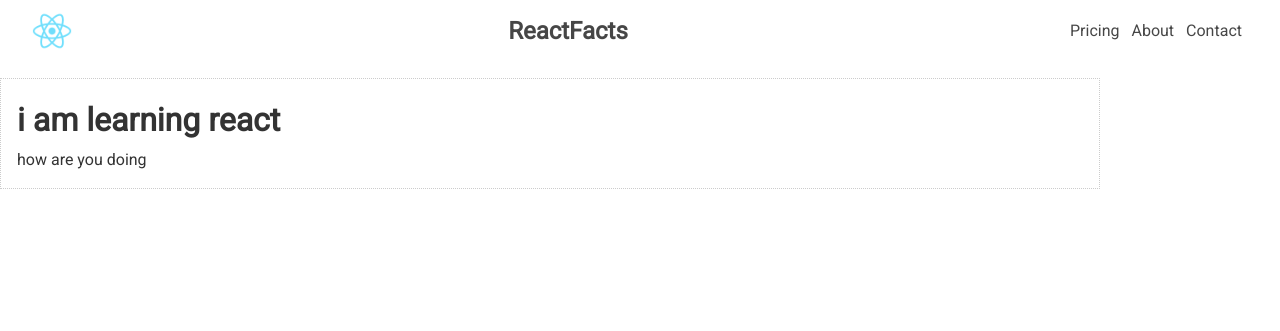
Repository: Richswag009/my-travel-journal
Page: /
The author's editor kept a copy of each file at every save. The page is drawn from the files as they stood at one save, then again after the next save.
The browser window is 1280 px wide. The pictures show the whole page.
The project was rebuilt for these pictures with package versions that can differ from the ones it lists, and the page was loaded fresh each time.

Above is the page before, as saved 2022-06-14 18:04:37.

### public/index.html
<!DOCTYPE html>
<html lang="en">
  <head>
    <meta charset="utf-8" />
    <link rel="icon" href="%PUBLIC_URL%/favicon.ico" />
    <meta name="viewport" content="width=device-width, initial-scale=1" />
    <meta name="theme-color" content="#000000" />
    <meta name="description"content="Web site created using create-react-app"/>
    <link rel="apple-touch-icon" href="%PUBLIC_URL%/logo192.png" />
    <link rel="manifest" href="%PUBLIC_URL%/manifest.json" />
    <title>React Fact</title>
  </head>
  <body>
    <noscript>You need to enable JavaScript to run this app.</noscript>
    <div id="root"></div>

  </body>
</html>

### src/App.js

import React,{Component} from 'react';
import './App.css';
import Maincontent from './component/maincontent/Maincontent';
import Navbar from './component/layout/Navbar';
// import Users from './component/users/Users';
class App extends Component{
  render(){

    return (
      <div className="App">
       <Navbar/>
       <Maincontent/>
        </div>
    );
  }
}

export default App;

### src/App.css
@import url('https://fonts.googleapis.com/css?family=Roboto');

/* Global Styles */
:root {
  --primary-color: #dc3545;
  --dark-color: #333333;
  --light-color: #f4f4f4;
  --danger-color: #dc3545;
  --success-color: #28a745;
}

* {
  box-sizing: border-box;
  margin: 0;
  padding: 0;
}

body {
  font-family: 'Roboto', sans-serif;
  font-size: 1rem;
  line-height: 1.6;
  background-color: #fff;
  color: #333;
}

a {
  color: var(--primary-color);
  text-decoration: none;
}

a:hover {
  color: #666;
}

ul {
  list-style: none;
}

img {
  width: 100%;
}

/* Utilities */
.container {
  max-width: 1100px;
  margin: auto;
  overflow: hidden;
  padding: 0 2rem;
}

/* Text Styles*/
.x-large {
  font-size: 4rem;
  line-height: 1.2;
  margin-bottom: 1rem;
}

.large {
  font-size: 3rem;
  line-height: 1.2;
  margin-bottom: 1rem;
}

.lead {
  font-size: 1.5rem;
  margin-bottom: 1rem;
}

.text-center {
  text-align: center;
}

.text-primary {
  color: var(--primary-color);
}

.text-dark {
  color: var(--dark-color);
}

.text-success {
  color: var(--success-color);
}

.text-danger {
  color: var(--danger-color);
}

.text-center {
  text-align: center;
}

.text-right {
  text-align: right;
}

.text-left {
  text-align: left;
}

/* Center All */
.all-center {
  display: flex;
  flex-direction: column;
  width: 100%;
  margin: auto;
  justify-content: center;
  align-items: center;
  text-align: center;
}

/* Cards */
.card {
  padding: 1rem;
  border: #ccc 1px dotted;
  margin: 0.7rem 0;
}

/* List */
.list {
  margin: 0.5rem 0;
}

.list li {
  padding-bottom: 0.3rem;
}

/* Padding */
.p {
  padding: 0.5rem;
}
.p-1 {
  padding: 1rem;
}
.p-2 {
  padding: 2rem;
}
.p-3 {
  padding: 3rem;
}
.py {
  padding: 0.5rem 0;
}
.py-1 {
  padding: 1rem 0;
}
.py-2 {
  padding: 2rem 0;
}
.py-3 {
  padding: 3rem 0;
}

/* Margin */
.m {
  margin: 0.5rem;
}
.m-1 {
  margin: 1rem;
}
.m-2 {
  margin: 2rem;
}
.m-3 {
  margin: 3rem;
}
.my {
  margin: 0.5rem 0;
}
.my-1 {
  margin: 1rem 0;
}
.my-2 {
  margin: 2rem 0;
}
.my-3 {
  margin: 3rem 0;
}

/* Grid */
.grid-2 {
  display: grid;
  grid-template-columns: repeat(2, 1fr);
  grid-gap: 1rem;
}

.grid-3 {
  display: grid;
  grid-template-columns: repeat(3, 1fr);
  grid-gap: 1rem;
}

.grid-4 {
  display: grid;
  grid-template-columns: repeat(4, 1fr);
  grid-gap: 1rem;
}

.btn {
  display: inline-block;
  background: var(--light-color);
  color: #333;
  padding: 0.4rem 1.3rem;
  font-size: 1rem;
  border: none;
  cursor: pointer;
  margin-right: 0.5rem;
  transition: opacity 0.2s ease-in;
  outline: none;
}

.btn-link {
  background: none;
  padding: 0;
  margin: 0;
}

.btn-block {
  display: block;
  width: 100%;
}

.btn-sm {
  font-size: 0.8rem;
  padding: 0.3rem 1rem;
  margin-right: 0.2rem;
}

.badge {
  display: inline-block;
  font-size: 0.8rem;
  padding: 0.2rem 0.7rem;
  text-align: center;
  margin: 0.3rem;
  background: var(--light-color);
  color: #333;
  border-radius: 5px;
}

.alert {
  padding: 0.7rem;
  margin: 1rem 0;
  opacity: 0.9;
  background: var(--light-color);
  color: #333;
}

.btn-primary,
.bg-primary,
.badge-primary,
.alert-primary {
  background: var(--primary-color);
  color: #fff;
}

.btn-light,
.bg-light,
.badge-light,
.alert-light {
  background: var(--light-color);
  color: #333;
}

.btn-dark,
.bg-dark,
.badge-dark,
.alert-dark {
  background: var(--dark-color);
  color: #fff;
}

.btn-danger,
.bg-danger,
.badge-danger,
.alert-danger {
  background: var(--danger-color);
  color: #fff;
}

.btn-success,
.bg-success,
.badge-success,
.alert-success {
  background: var(--success-color);
  color: #fff;
}

.btn-white,
.bg-white,
.badge-white,
.alert-white {
  background: #fff;
  color: #333;
  border: #ccc solid 1px;
}

.btn:hover {
  opacity: 0.8;
}

.bg-light,
.badge-light {
  border: #ccc solid 1px;
}

.round-img {
  border-radius: 50%;
}

/* Forms */
input {
  margin: 1.2rem 0;
}

.form-text {
  display: block;
  margin-top: 0.3rem;
  color: #888;
}

input[type='text'],
input[type='email'],
input[type='password'],
input[type='date'],
select,
textarea {
  display: block;
  width: 100%;
  padding: 0.4rem;
  font-size: 1.2rem;
  border: 1px solid #ccc;
}

input[type='submit'],
button {
  font: inherit;
}

table th,
table td {
  padding: 1rem;
  text-align: left;
}

table th {
  background: var(--light-color);
}

/* Navbar */
.navbar {
  display: flex;
  justify-content: space-between;
  align-items: center;
  padding: 0.7rem 2rem;
  z-index: 1;
  width: 100%;
  opacity: 0.9;
  margin-bottom: 1rem;
}

.navbar ul {
  display: flex;
}
.navbar ul li{
  padding:0 6px ;
}

.navbar a {
  color: #fff;
  padding: 0.45rem;
  margin: 0 0.25rem;
}

.navbar a:hover {
  color: var(--light-color);
}

.navbar .welcome span {
  margin-right: 0.6rem;
}

/* Mobile Styles */
@media (max-width: 700px) {
  .hide-sm {
    display: none;
  }

  .grid-2,
  .grid-3,
  .grid-4 {
    grid-template-columns: 1fr;
  }

  /* Text Styles */
  .x-large {
    font-size: 3rem;
  }

  .large {
    font-size: 2rem;
  }

  .lead {
    font-size: 1rem;
  }

  /* Navbar */
  .navbar {
    display: block;
    text-align: center;
  }

  .navbar ul {
    text-align: center;
    justify-content: center;
  }
}

### src/component/maincontent/Maincontent.js
import React, { Component } from 'react'

export default class Maincontent extends Component {



    render() {
        return (
            <div className='container card'>
                <h1>i am learning react</h1>
                <p>how are you doing</p>
            </div>
        )
    }

}

### src/component/layout/Navbar.js
import React, { Component } from 'react'
import logo from '../layout/logo192.png'


export default class Navbar extends Component {


    render() {
        return (
            <div>
                <nav className='navbar'>
                 <img src={logo} alt="" style={{width:'40px',dispaly:'block'}} />
                 <h1>ReactFacts</h1>

                <ul className='px-2'>
                    <li>Pricing </li>
                    <li>About </li>
                    <li>Contact </li>
                </ul>
                </nav>
            </div>
        )
    }
}

Loaded but not shown: src/index.js (common file)

After the next save:
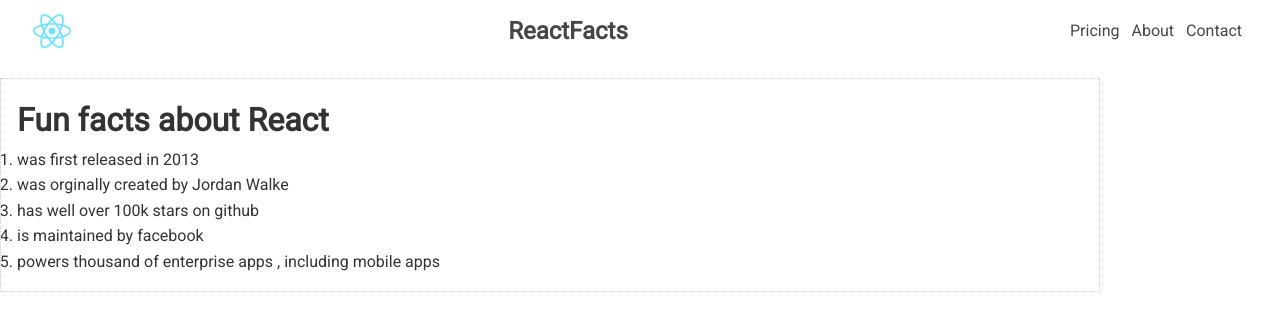
Saved 10 min 5 s later.
--- a/src/component/maincontent/Maincontent.js
+++ b/src/component/maincontent/Maincontent.js
@@ -7,8 +7,14 @@
     render() {
         return (
             <div className='container card'>
-                <h1>i am learning react</h1>
-                <p>how are you doing</p>
+               <h1>Fun facts about React</h1>
+               <ol>
+                <li>was first released in 2013</li>
+                <li>was orginally created by Jordan Walke</li>
+                <li>has well over 100k stars on github</li>
+                <li>is maintained by facebook</li>
+                <li>powers thousand of enterprise apps , including mobile apps</li>
+               </ol>
             </div>
         )
     }
